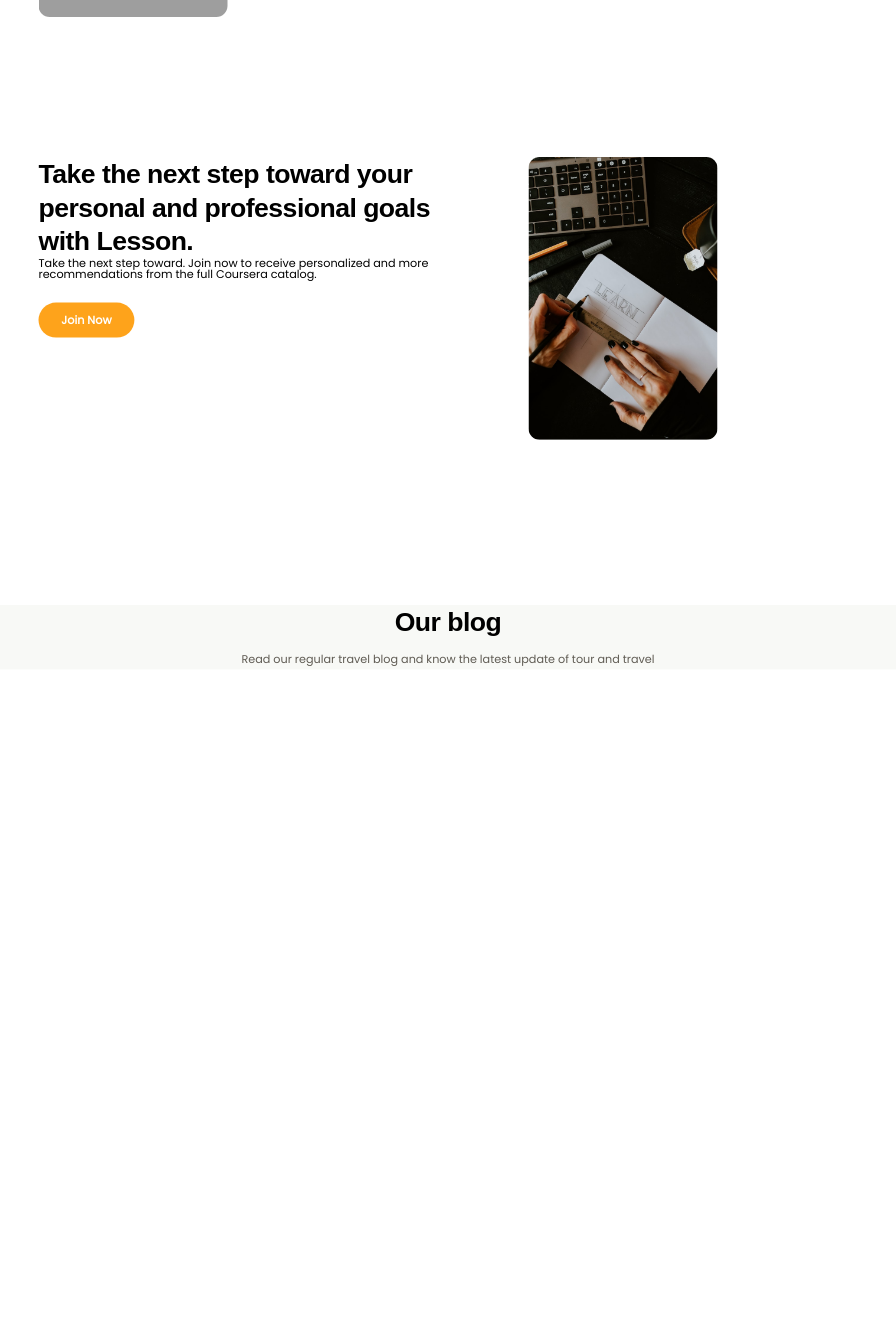
Repository: nguyendonghieu1011-png/figma-to-html1
Page: index.html
The author's editor kept a copy of each file at every save. The page is drawn from the files as they stood at one save, then again after the next save.
The browser window is 1280 px wide. The pictures show the part of the page from y = 2946 to 4866 px (the page is 10000 px tall), at 70% of full size.
Pictures or frames that could not be fetched are drawn as grey boxes. A picture or video elsewhere on the page could not be fetched, so the positions and the page height are approximate. Some web fonts or font styles are not loaded; a fallback is used. Some web libraries are served in a nearby version.

Above is the page before, as saved 2026-01-06 17:22:21.

After the next save:
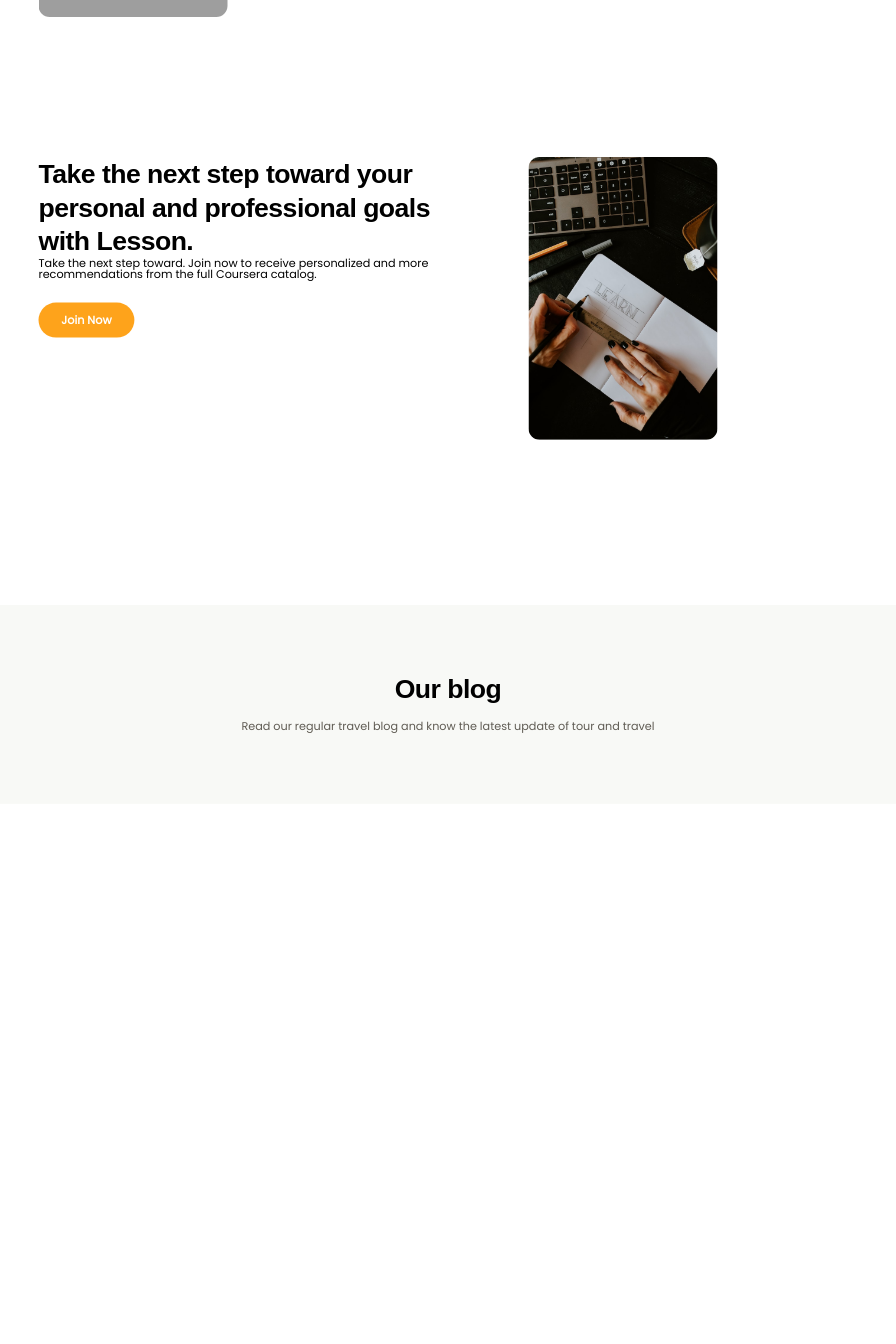
Saved 22 s later.
--- a/assets/css/style.css
+++ b/assets/css/style.css
@@ -549,6 +549,7 @@ a {
   margin-top: 135px;
   background-color: #f8f9f6;
   text-align: center;
+  padding: 96px 0;
 }
 
 .blog-top .desc {
